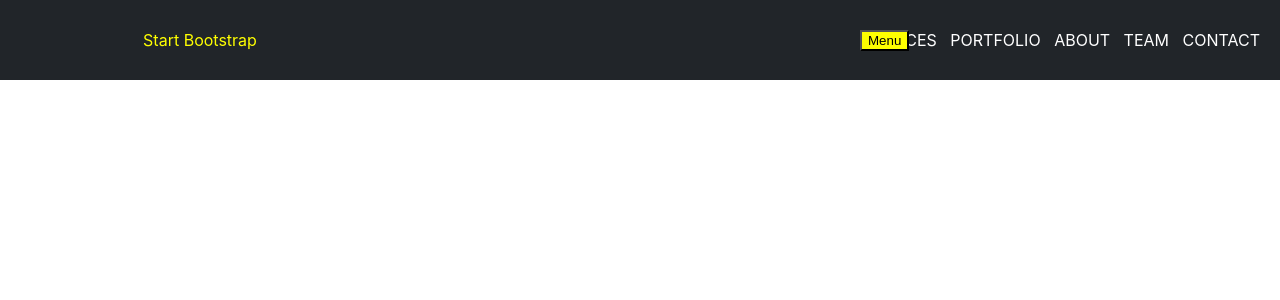
Repository: ooter37/media-queries-afternoon
Page: / (app in portfolio-clone/)
An editor plug-in stored every save of this project. The page is shown before and after the next save, followed by the edit.
The browser window is 1280 px wide. The pictures show the whole page.
The project was rebuilt for these pictures with package versions that can differ from the ones it lists, and the page was loaded fresh each time.

Above is the page before, as saved 2020-04-13 14:24:29.

### portfolio-clone/src/App.js
import React from 'react';
import './App.css';
import Banner from './Components/Banner'

function App() {
  return (
    <div className="App">
      <Banner />
    </div>
  );
}

export default App;

### portfolio-clone/src/App.css
body {
  width: 100vw;
}

.header {
  width: 100%;
  height: 80px;
  background-color: #212529;
  display: flex;
}

.navbar {

}
.menu-button {
  background-color: yellow;
  position: fixed;

}

.buttons {
  width: 400px;
	display: flex;
	flex-direction: row;
	justify-content: space-between;
  align-items: center;
  position: fixed;
  top: 30px;
  right: 20px;
  color: white;
  font-weight: 400;
}
.buttons-background {
  width: 100vw;
  height: 400px;
}

.start-bootstrap {
  width: 400px;
  display: flex;
  justify-content: center;
  position: fixed;
  top: 30px;
  left: 0px;
  color: yellow;
}

@media screen and (max-width: 991px) {
  .buttons-background {
    background-color: #212529;
  }
  .buttons {
    flex-direction: column;
    align-items: baseline;
    justify-content: space-around;
    min-width: 300px;
    height: 150px;
    left: 147px;
    top: 50px;

  }

}

### portfolio-clone/src/Components/Banner.js
import React from 'react'



export default class Banner extends React.Component {
    constructor() {
        super()
        this.state = {
            hideSidebar: false
        }
    }

    toggleSidebar() {
        this.setState((prev) => {
            return {
                hideSidebar: !prev.hideSidebar
            }
        })

    }
    render() {
        return (
            <header className='header'>
                <nav className='navbar'>
                    <div className='start-bootstrap'>Start Bootstrap</div>
                    <div className='buttons-background'>
                    <div className='buttons'>
                            <button className='menu-button' onClick={() => this.toggleSidebar()}>Menu</button>
                            <div>SERVICES</div>
                            <div>PORTFOLIO</div>
                            <div>ABOUT</div>
                            <div>TEAM</div>
                            <div>CONTACT</div>
                    </div>
                    </div>
                </nav>
            </header>
        )
    }
}

Loaded but not shown: portfolio-clone/public/index.html (common file); portfolio-clone/src/index.js (common file); portfolio-clone/src/index.css (common file); portfolio-clone/src/serviceWorker.js (common file)

After the next save:
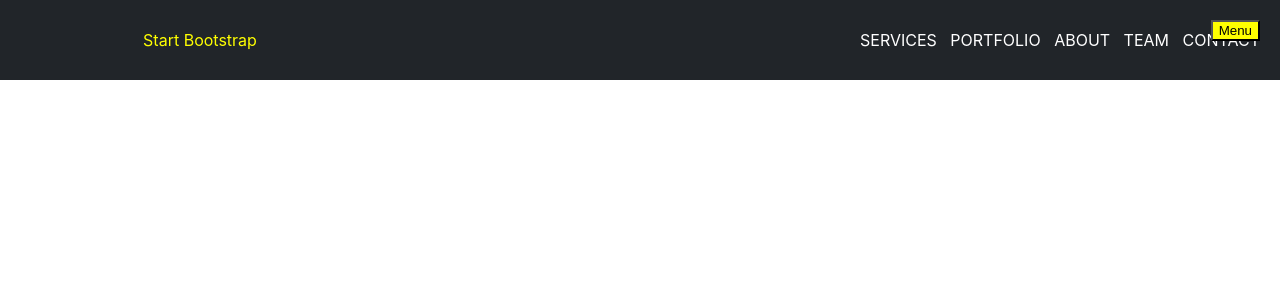
Saved 15 s later.
--- a/portfolio-clone/src/App.css
+++ b/portfolio-clone/src/App.css
@@ -15,7 +15,8 @@ body {
 .menu-button {
   background-color: yellow;
   position: fixed;
-
+  top: 20px;
+  right: 20px;
 }
 
 .buttons {
